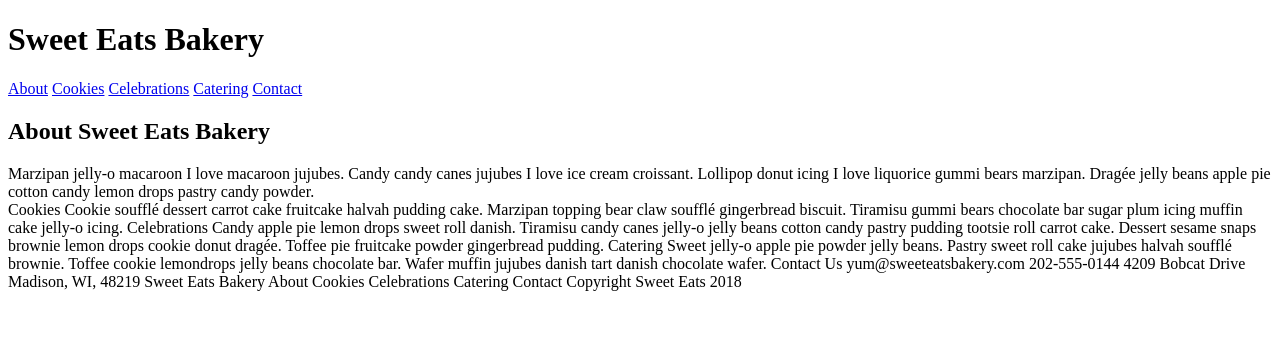
Repository: yoshimario/web-module-challenge-user-interface
Page: index.html
The author's editor kept a copy of each file at every save. The page is drawn from the files as they stood at one save, then again after a run of saves.
The browser window is 1280 px wide. The pictures show the whole page.
Some web fonts or font styles are not loaded; a fallback is used.

Above is the page before, as saved 2023-05-14 14:29:57.

### index.html
<!DOCTYPE html>
<html lang="en">

<head>
    <meta charset="UTF-8">
    <!-- import your css file -->
    <link href="https://fonts.googleapis.com/css?family=Gaegu|Roboto" rel="stylesheet">
    <title>Sweet Eats Bakery</title>
</head>

<body>

    <!-- company name -->
    <h1>Sweet Eats Bakery</h1>

    <!-- Navigation -->
    <nav>
       <a href="#">About</a>
       <a href="#">Cookies</a>
       <a href="#">Celebrations</a>
       <a href="#">Catering</a>
       <a href="#">Contact</a>
    </nav>

    </header>
    <!-- Image https://tk-assets.lambdaschool.com/bcf76f62-2431-4c22-b466-2e711f3da2b9_ui-i-bakery-main-header.png -->

    <!-- Marketing header -->
    <section>
        <h2>About Sweet Eats Bakery </h2>

    <p></p>Marzipan jelly-o macaroon I love macaroon jujubes. Candy candy canes jujubes I love ice cream croissant. Lollipop
    donut icing I love liquorice gummi bears marzipan. Dragée jelly beans apple pie cotton candy lemon drops pastry candy
    powder.

    </section>
    <!-- content -->

    <!-- Image https://tk-assets.lambdaschool.com/7393a8fd-c8e5-4003-921f-79e0d546d02c_ui-i-bakery-cookies.png -->
    Cookies

    Cookie soufflé dessert carrot cake fruitcake halvah pudding cake. Marzipan topping bear claw soufflé gingerbread
    biscuit. Tiramisu gummi bears chocolate bar sugar plum icing muffin cake jelly-o icing.

    <!-- Image https://tk-assets.lambdaschool.com/297378d6-9c89-430f-9d2e-46ae3d5edce8_ui-i-bakery-cupcake-i.png -->
    Celebrations

    Candy apple pie lemon drops sweet roll danish. Tiramisu candy canes jelly-o jelly beans cotton candy pastry pudding
    tootsie roll carrot cake. Dessert sesame snaps brownie lemon drops cookie donut dragée. Toffee pie fruitcake powder
    gingerbread pudding.

     <!-- Image https://tk-assets.lambdaschool.com/ab0cb095-5900-476c-b042-aea065d3dbbf_ui-i-bakery-celebrate.png -->
    Catering

    Sweet jelly-o apple pie powder jelly beans. Pastry sweet roll cake jujubes halvah soufflé brownie. Toffee cookie
    lemondrops jelly beans chocolate bar. Wafer muffin jujubes danish tart danish chocolate wafer.

    Contact Us

    yum@sweeteatsbakery.com
    202-555-0144
    4209 Bobcat Drive
    Madison, WI, 48219

    <!-- footer -->
    Sweet Eats Bakery

    About
    Cookies
    Celebrations
    Catering
    Contact

    Copyright Sweet Eats 2018
</body>

</html>

After the next 2 saves:
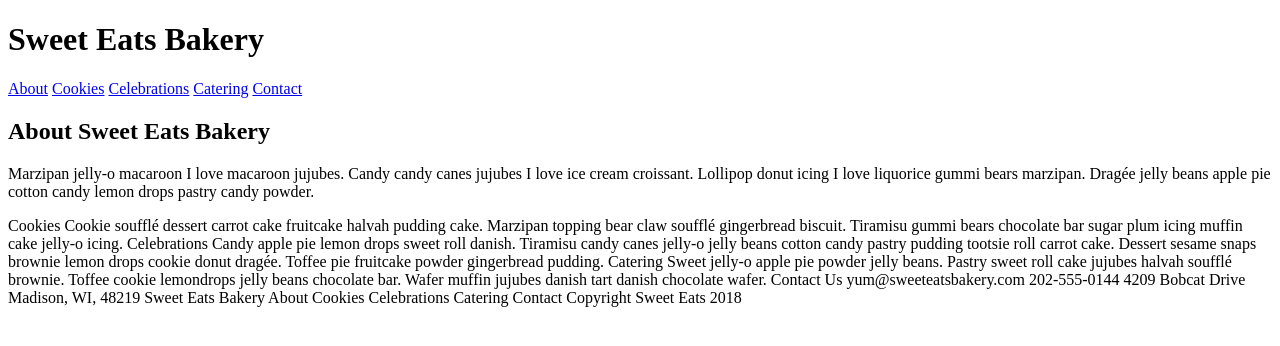
The 2 saves are shown as one change because they came seconds apart.
The last was saved 8 s later.
--- a/index.html
+++ b/index.html
@@ -29,10 +29,10 @@
     <section>
         <h2>About Sweet Eats Bakery </h2>
 
-    <p></p>Marzipan jelly-o macaroon I love macaroon jujubes. Candy candy canes jujubes I love ice cream croissant. Lollipop
+    <p>Marzipan jelly-o macaroon I love macaroon jujubes. Candy candy canes jujubes I love ice cream croissant. Lollipop
     donut icing I love liquorice gummi bears marzipan. Dragée jelly beans apple pie cotton candy lemon drops pastry candy
     powder.
-
+</p>
     </section>
     <!-- content -->
 
